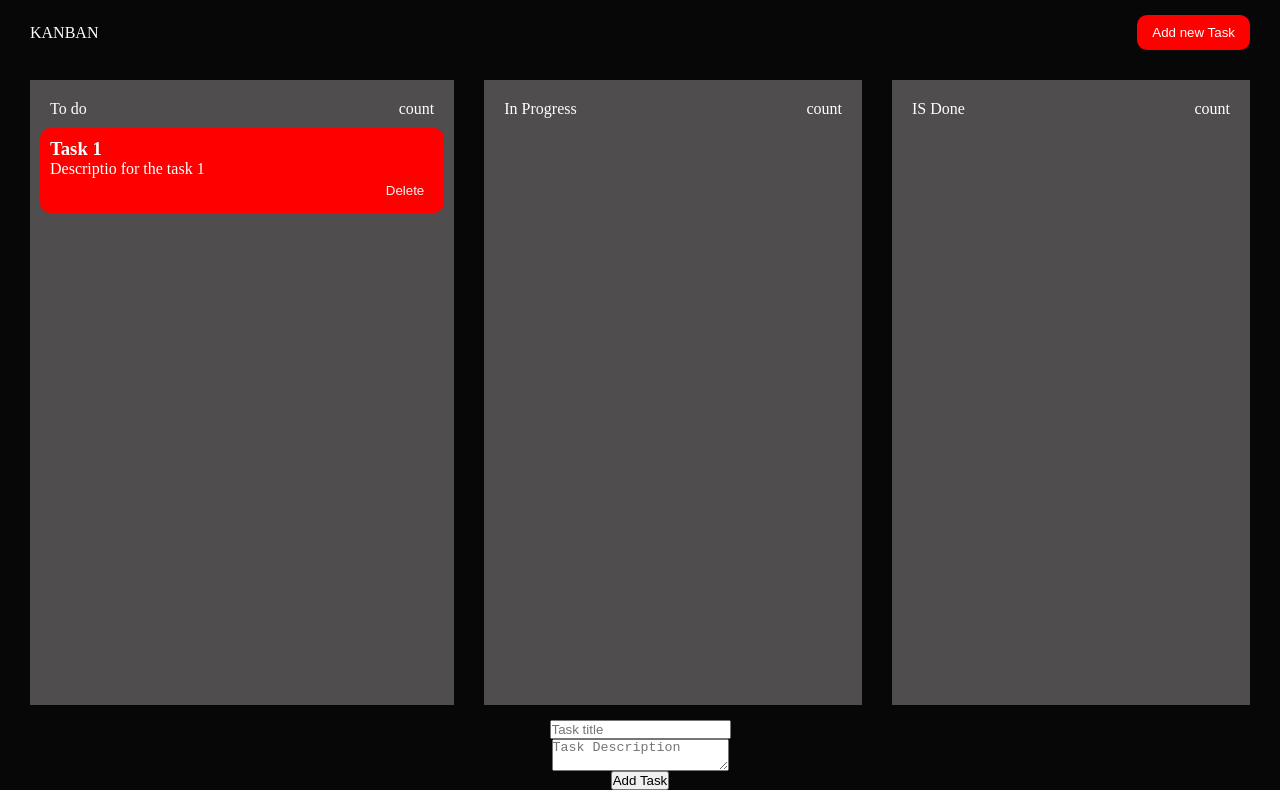
Repository: Sandeepji-5/Kanban-board
Page: index.html
An editor plug-in stored every save of this project. The page is shown before and after the next save, followed by the edit.
The browser window is 1280 px wide. The pictures show the whole page.

Above is the page before, as saved 2025-12-09 14:03:47.

### index.html
<!DOCTYPE html>
<html lang="en">
<head>
    <meta charset="UTF-8">
    <meta name="viewport" content="width=device-width, initial-scale=1.0">
    <title>Document</title>
    <link rel="stylesheet" href="style.css">
</head>
<body>
    <main>
        <nav>
            <div class="left">KANBAN</div>
            <div class="right"><button id="toggle-modal">Add new Task</button></div>
        </nav>
        <section class="board">
            <div   id="todo" class="task-column">
                <div class="heading">
                    <div class="left">To do </div>
                      <div class="right">count</div>
                </div>
                <div draggable="true" class="task">
                    <h3>Task 1</h3>
                    <p>Descriptio for the task 1 </p>
                    <button>Delete</button>
                </div>
            </div>
            <div id="progress" class="task-column">
                <div class="heading">
                    <div class="left">In Progress</div>
                    <div class="right">count</div>
                </div>

            </div>
            <div  id="done"   class="task-column">
                <div class="heading">
                    <div class="left">IS Done </div>
                    <div class="right"> count</div>
                </div>

            </div>
        </section>


    </main>

    <div class="modal add-new-tast">
        <input type="text" placeholder="Task title"/>
        <textarea placeholder="Task Description"></textarea>
        <button id="add-new-task" class="add-task-btn"> Add Task</button>
    </div>
    <script src="kanban.js"></script>
</body>
</html>

### style.css
* {
    margin: 0;
    padding: 0;

    box-sizing: border-box;
}

html,
body {
    width: 100%;
    height: 100%;

}

:root {
    --bg-color: #0000000;
    --bg-button-color: rgb(79, 77, 77);
    --primary-text-color: #f4f4f4;
    --bg-task-color:gray;
    --bg-delete-color:red;



    /* padding 1 rem 2 rem */
    --nav-padding: 15px 30px;
    --section-padding: 15px 30px;
    --padding-s: 5px;
    --padding-m: 10px;
    --padding-l: 15px;
    --padding-xl: 20px;
    --padding-xxl: 30px;


    /* border radius variable  */



    --border-radius-s:5px;
    --border-radius-m:10px;
    --border-radius-l:15px;
    --border-radius-xl:20px;
    --border-radius-xxl:30px;


}

body {
    background-color: rgb(7, 7, 7);
    color: white;
}
main{
    display: flex;
    height: 100%;
    width: 100%;
    flex-direction: column;


}

nav{
    padding: var(--nav-padding);
    display: flex;
    align-items: center;
    justify-content: space-between;

}
nav button{
    background-color: red;
    color: white;
    border: none;
    outline: none;
    padding: var(  --padding-m) var(  --padding-l);
    cursor: pointer;
    border-radius:var(--border-radius-m) ;

}


section{
    padding:var(--section-padding);
    /* height: 100%; */
    display: flex;
    flex-grow: 1;
    justify-content: space-between;

    gap: var(--padding-xxl);

}
section .task-column{
    padding: var(--padding-m);
    background-color: var(--bg-button-color);
    flex-grow: 1  ;
    padding: var(--padding-m)  ;
    display: flex;
    flex-direction: column;
    transition: all 0.7s cubic-bezier(0.19, 1, 0.22, 1);




}
section .task-column.hover-over {
     border: 2px dashed rgb(247, 246, 246);
    transform: scale(1.05);
}
section .task-column .heading{
    display: flex;
    justify-content: space-between ;
    padding: var(--padding-m);
}


section .task-column  .task{

    display: flex;
    flex-direction: column;
    padding: var(--padding-m);
    border-radius: var(--border-radius-m);
    /* background-color: var(--bg-task-color); */
     background-color:red;


}

section .task-column .task button{
    align-self: flex-end;
    cursor: pointer;
    padding: var(--padding-s) var(--padding-m);
    border-radius: var(--border-radius-s);
    border: none;
    outline: none;
    background-color: var(--bg-delete-color);
    color: var(--primary-text-color)  ;
}

.modal{
    display: flex;
    flex-direction: column;
    align-items: center;
}

### kanban.js
const todo = document.querySelector('#todo');
const progress = document.querySelector('#progress')
const done = document.querySelector('#done');
const tasks = document.querySelectorAll('.task');
let draggedElement = null;
const toggleModal = document.querySelector('#toggle-modal');


tasks.forEach(task => {
    task.addEventListener("drag", () => {

        draggedElement = task;
    })
})

// progress.addEventListener('dragenter',(e)=>{
//     progress.classList.add('hover-over');
// })


// progress.addEventListener('dragleave', (e)=>{
//     progress.classList.remove('hover-over');
// })


function addDragEventsOnColumn(column) {

    column.addEventListener('dragenter', (e) => {
        e.preventDefault();
        column.classList.add('hover-over');
    });

    column.addEventListener('dragleave', (e) => {
        e.preventDefault();
        column.classList.remove('hover-over');
    })

    column.addEventListener("dragover", (e) => {
        e.preventDefault();
    })

    column.addEventListener('drop', (e) => {

        column.appendChild(draggedElement)
        console.log("draggedElement", draggedElement, column);
        column.classList.remove('hover-over')
         e.preventDefault();
    })

}

addDragEventsOnColumn(todo);
addDragEventsOnColumn(progress)
addDragEventsOnColumn(done)

After the next save:
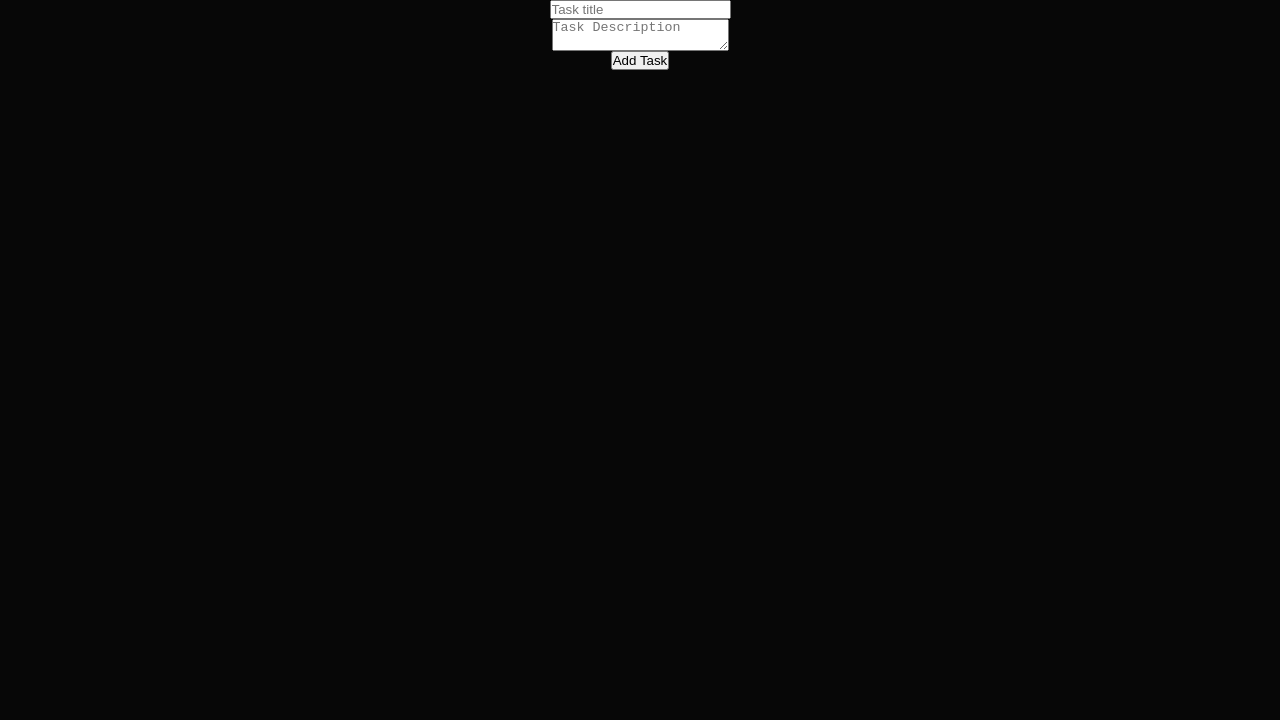
Console error: TypeError: Cannot read properties of null (reading 'addEventListener')
Saved 41 s later.
--- a/index.html
+++ b/index.html
@@ -7,7 +7,7 @@
     <link rel="stylesheet" href="style.css">
 </head>
 <body>
-    <main>
+    <!-- <main>
         <nav>
             <div class="left">KANBAN</div>
             <div class="right"><button id="toggle-modal">Add new Task</button></div>
@@ -41,7 +41,7 @@
         </section>
 
 
-    </main>
+    </main> -->
 
     <div class="modal add-new-tast">
         <input type="text" placeholder="Task title"/>
